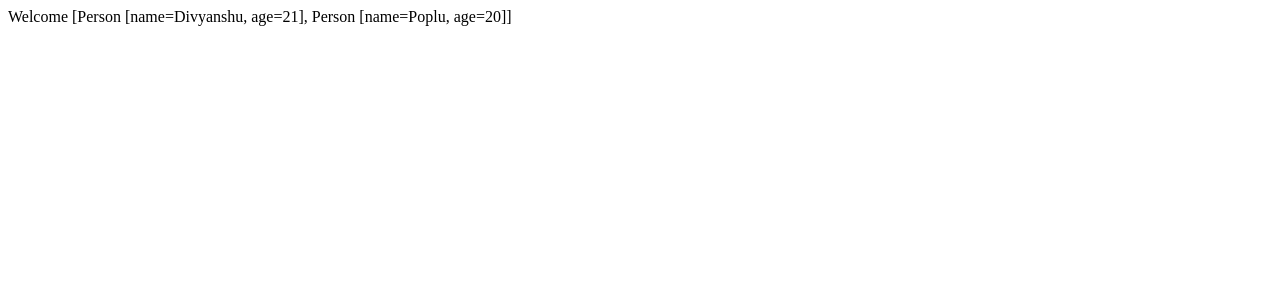
Repository: divyjais03/SpringSTS-Udemy-Practice-MyPC
Page: http://localhost/4.1_Simple_dynamicWP_with_model/
An editor plug-in stored every save of this project. The page is shown before and after the next save, followed by the edit.
The browser window is 1280 px wide. The pictures show the whole page.
The page is served by Tomcat 9.

Above is the page before, as saved 2022-08-07 18:34:32.

### 4.1 Simple dynamicWP with model/src/main/webapp/view.jsp
<%@ page language="java" contentType="text/html; charset=ISO-8859-1"
    pageEncoding="ISO-8859-1"%>
<!DOCTYPE html>
<html>
<head>
<meta charset="ISO-8859-1">
<title>View</title>
</head>
<body>
Welcome
<%=request.getAttribute("staffrandom") %>	<!-- code written in % % are considered as java code rest all are plain simple htmp or jsp code -->
</body>
</html>


<!-- The file which will display stuff on the web page is the view file -->

### 4.1 Simple dynamicWP with model/src/main/java/com/onmobile/Controller.java
package com.onmobile;

import java.io.IOException;
import java.util.ArrayList;
import java.util.List;

import javax.servlet.ServletException;
import javax.servlet.annotation.WebServlet;
import javax.servlet.http.HttpServlet;
import javax.servlet.http.HttpServletRequest;
import javax.servlet.http.HttpServletResponse;

import com.onmobile.model.Person;


@WebServlet("/")											// ("/") means that every request is being handled by the  Servlet
public class Controller extends HttpServlet {				//controller controls the flow of data  // THIS is SERVLET !!
	private static final long serialVersionUID = 1L;


    public Controller() {
        super();

    }

	protected void doGet(HttpServletRequest request, HttpServletResponse response) throws ServletException, IOException {

		List<Person> staff= new ArrayList<>();
	    staff.add(new Person("Divyanshu", 21));
		staff.add(new Person("Poplu", 20));


		request.setAttribute("staffrandom", staff);		// for setting the data : request.setAttribute("String name", object);
		request.getRequestDispatcher("view.jsp").forward(request, response); // this RequestDispatcher is used to navigate fom servlet to html or jsp pages // only this line in SDWP
	}

	}

### 4.1 Simple dynamicWP with model/src/main/java/com/onmobile/model/Person.java
package com.onmobile.model;

public class Person {				// person class is symbolize a Model...
                           			// whenever there is any template which symbolizes data its considered the model
	String name;
	int age;

	public Person(String name, int age) {
		super();
		this.name = name;
		this.age = age;
	}

	public String getName() {
		return name;
	}

	public void setName(String name) {
		this.name = name;
	}

	public int getAge() {
		return age;
	}

	public void setAge(int age) {
		this.age = age;
	}

	@Override
	public String toString() {
		return "Person [name=" + name + ", age=" + age + "]";
	}



}

After the next save:
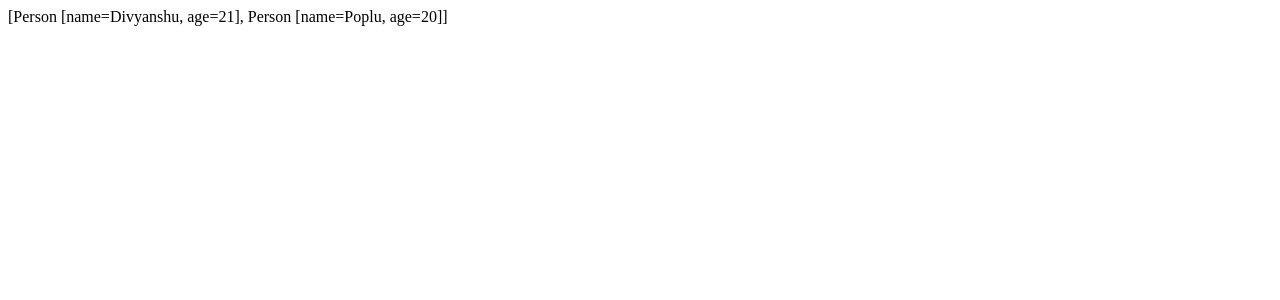
Saved 37 s later.
--- a/4.1 Simple dynamicWP with model/src/main/webapp/view.jsp
+++ b/4.1 Simple dynamicWP with model/src/main/webapp/view.jsp
@@ -7,7 +7,6 @@
 <title>View</title>
 </head>
 <body>
-Welcome
 <%=request.getAttribute("staffrandom") %>	<!-- code written in % % are considered as java code rest all are plain simple htmp or jsp code -->
 </body>
 </html>
